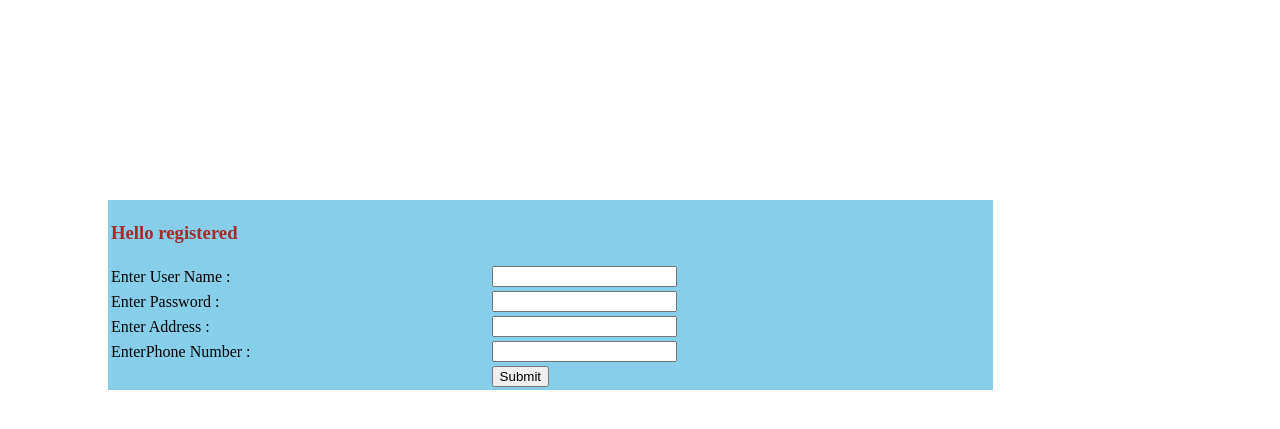
Repository: shulamitProjects/Java
Page: http://localhost/ProjectLibary/Registration.jsp
These files come from the project's save history. The page is drawn as it stood at one moment and after the next save; the edit follows.
The browser window is 1280 px wide. The pictures show the whole page.
The page is served by Tomcat 10. Other server files are loaded and not shown.

Above is the page before, as saved 2024-01-29 10:13:51.

### project/project_25-01/ProjectLibary/src/main/webapp/Registration.jsp
<%@ page language="java" contentType="text/html; charset=UTF-8"
	pageEncoding="UTF-8"%>

<!DOCTYPE html PUBLIC "-//W3C//DTD HTML 4.01 Transitional//EN" "http://www.w3.org/TR/html4/loose.dtd">
<html>
<head>
<meta http-equiv="Content-Type" content="text/html; charset=UTF-8">
<title>registration page</title>
</head>
<body>
<%String type=""; %>
	<form method="post" action="registration/controller/StudentServlet">
		<table
			style="width: 70%; background-color: skyblue; margin-top: 200px; margin-left: 100px; margin-right: 200px;">

			<tr>
				<td>
					<h3 style="color: brown">Hello registered</h3>
				</td>
			</tr>
			<tr>
				<td>Enter User Name :</td>
				<td><input type="text" name="userName"></td>
			</tr>
			<tr>
				<td>Enter Password :</td>
				<td><input type="password" name="password"></td>
			</tr>
			<tr>
				<td>Enter Address :</td>
				<td><input type="text" name="address"></td>
			</tr>
			<tr>
				<td>EnterPhone Number :</td>
				<td><input type="text" name="phoneNum"></td>
			</tr>
			<tr>
				<td><input type="hidden" name=type value="worker" /></td>

				<td><input type="submit" name="Login" value="Submit"></td>

			</tr>
		</table>
	</form>
</body>
</html>

After the next save:
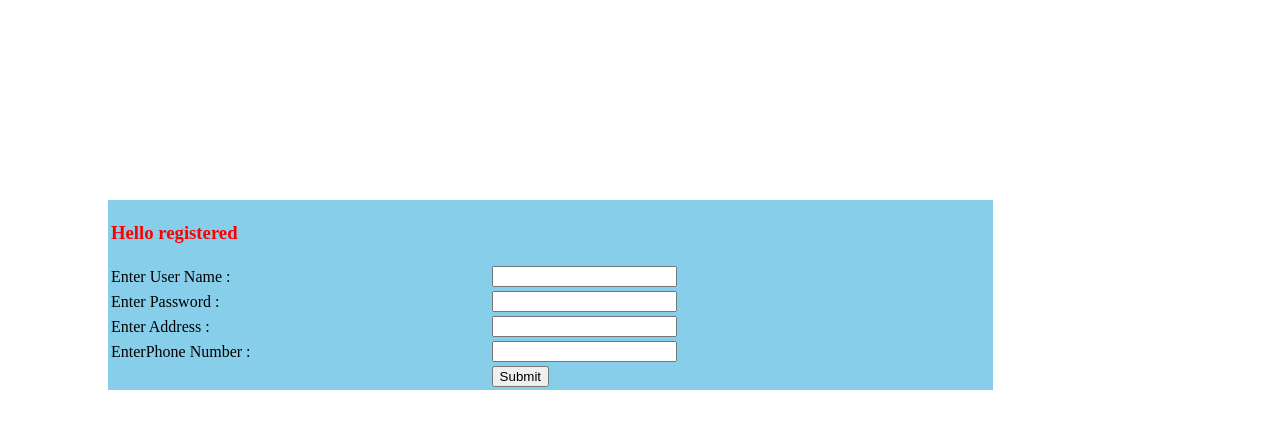
Saved 6 s later.
--- a/project/project_25-01/ProjectLibary/src/main/webapp/Registration.jsp
+++ b/project/project_25-01/ProjectLibary/src/main/webapp/Registration.jsp
@@ -15,7 +15,7 @@
 
 			<tr>
 				<td>
-					<h3 style="color: brown">Hello registered</h3>
+					<h3 style="color: red">Hello registered</h3>
 				</td>
 			</tr>
 			<tr>
